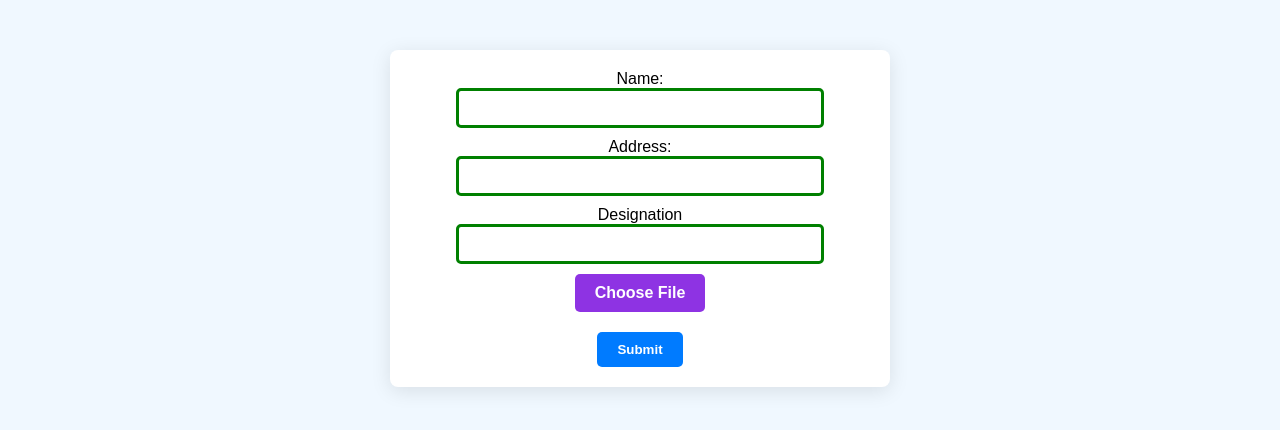
Repository: Muskan1Kumari4draw/React-app-with-concept
Page: /
These files come from the project's save history. The page is drawn as it stood at one moment and after the next save; the edit follows.
The browser window is 1280 px wide. The pictures show the whole page.
The project was rebuilt for these pictures with package versions that can differ from the ones it lists, and the page was loaded fresh each time.

Above is the page before, as saved 2024-10-22 11:47:36.

After the next save:
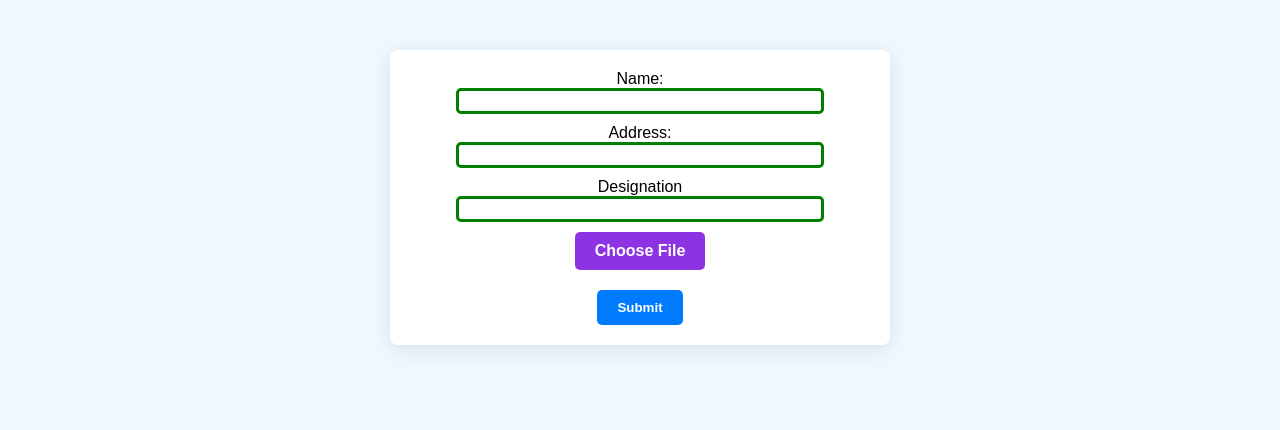
Saved 7 s later.
--- a/src/component/File-upload/style.css
+++ b/src/component/File-upload/style.css
@@ -63,7 +63,7 @@ button:hover {
 #name,
 #address {
   width: 80%;
-  height: 40px;
+  height: 20px;
   padding: 10px;
   border: none;
   border: 3px solid green;
